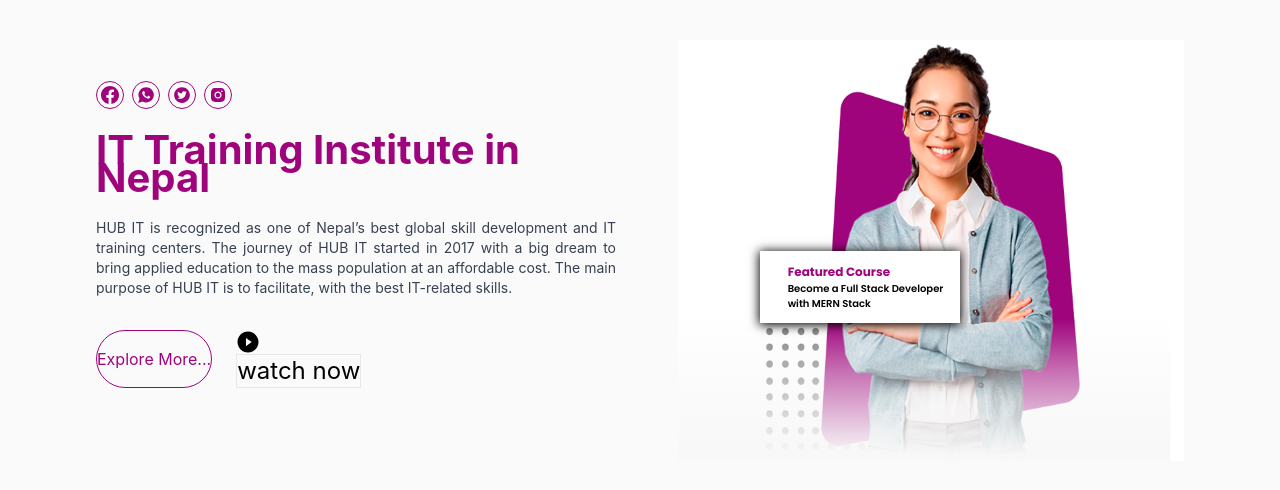
Repository: praveenmunagapati/hgllearnv2
Page: /HomePage/Home
These files come from the project's save history. The page is drawn as it stood at one moment and after the next save; the edit follows.
The browser window is 1280 px wide. The pictures show the whole page.
The project was rebuilt for these pictures with package versions that can differ from the ones it lists, and the page was loaded fresh each time. The framework's server and built-in components were replaced by stand-ins that run in the browser. Also part of the build but not shown: next.config.js.

Above is the page before, as saved 2023-01-03 14:56:38.

After the next save:
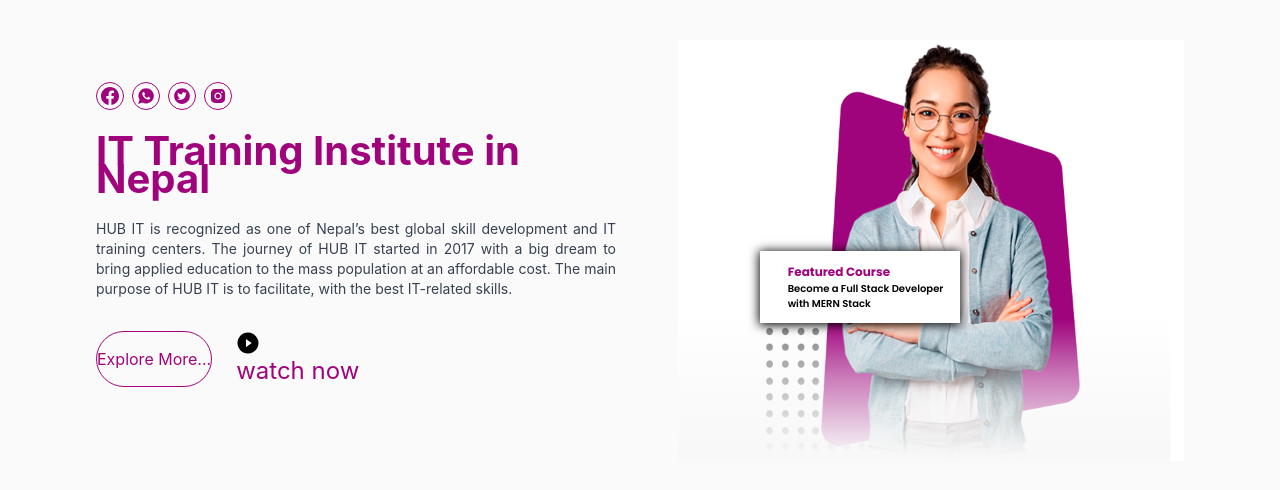
Saved 2 min 52 s later.
--- a/pages/HomePage/Home.jsx
+++ b/pages/HomePage/Home.jsx
@@ -50,12 +50,12 @@
             >
               Explore More...
             </button>
-            <div className="flex items-center gap-2 text-2xl">
+            <div className="flex items-center broder-[1.5px] border-main gap-2 text-2xl ">
               <div className="">
                 <div>
                   <AiFillPlayCircle />
                 </div>
-                <button className="border">watch now</button>
+                <button className="text-main">watch now</button>
               </div>
             </div>
           </div>
